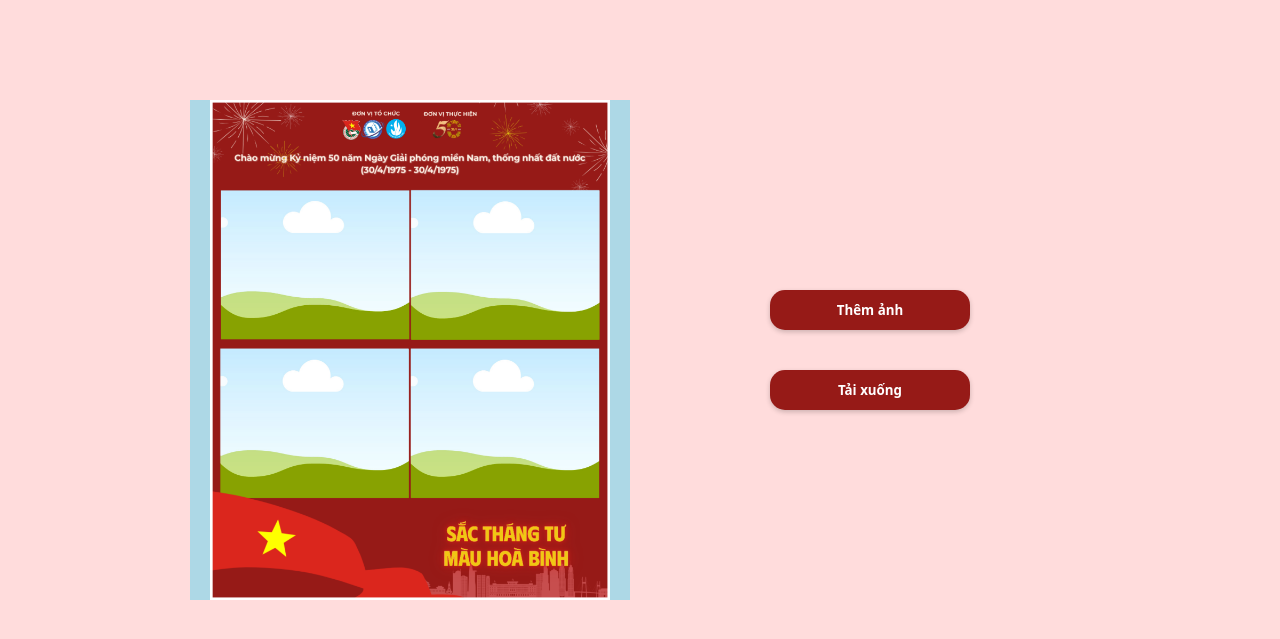
Repository: nguyentambinh/tuoitretdmu
Page: http://localhost/
These files come from the project's save history. The page is drawn as it stood at one moment and after the next save; the edit follows.
The browser window is 1280 px wide. The pictures show the whole page.
The page is run by PHP 8.4 with error messages shown; the project is at /var/www/html/.

Above is the page before, as saved 2025-04-10 13:35:07.

### index.php
<!DOCTYPE html>
<html lang="en">
<head>
    <meta charset="UTF-8">
    <meta name="viewport" content="width=device-width, initial-scale=1.0">
    <link rel="stylesheet" href="main.css">
    <script src="main.js"></script>
    <title></title>
</head>
<body>
    <div class = "container-box">
        <div class="background-box">
            <img src="" alt="" class="img-sub">
            <img src="" alt="" class="img-sub">
            <img src="" alt="" class="img-sub">
            <img src="" alt="" class="img-sub"><img src="" alt="" class="img-sub">
        </div>
        <div class="control-box">
            <button class="input-group mb-[10px] btn-custom btn-add-picture">Thêm ảnh</button>
            <button class="btn-custom btn-dowload-picture">Tải xuống</button>
        </div>
    </div>

</body>
</html>

### main.css
body {
    background-color: #ffdcdc;
    margin: 0;
    padding: 0;
    display: flex;
    justify-content: center;
    margin-top: 100px;
}

.container-box {
    display: grid;
    grid-template-columns: 1fr 1fr;
    gap: 20px;
    width: 900px;
    max-width: 100%;
}

@media screen and (max-width: 720px) {
    .container-box {
        grid-template-columns: 1fr;
        grid-template-rows: auto auto;
        width: 100%;
        padding: 0 10px;
    }

    .control-box {
        align-items: center;
    }
    .btn-custom{

    }
}

.background-box {
    display: flex;
    justify-content: center;
    align-items: center;
    background-position: center;
    background-image: url('./picture/FRAMEPHOTOBOOTH304.png');
    background-size: contain;
    background-repeat: no-repeat;
    background-color: lightblue;
    width: 100%;
    height: 500px;
}

.control-box {
    display: flex;
    flex-direction: column;
    align-items: center;
    justify-content: center;
}

.btn-custom {
    background-color: #961A17;
    border-radius: 15px;
    font-weight: bold;
    font-family: system-ui;
    width: 200px;
    height: 40px;
    color: white;
    margin: 20px 0;
    border: none;
    box-shadow: 0 2px 5px rgba(0,0,0,0.2);
    cursor: pointer;
}

Loaded but not shown: main.js (no copy from this time; the picture is the same without it)

After the next save:
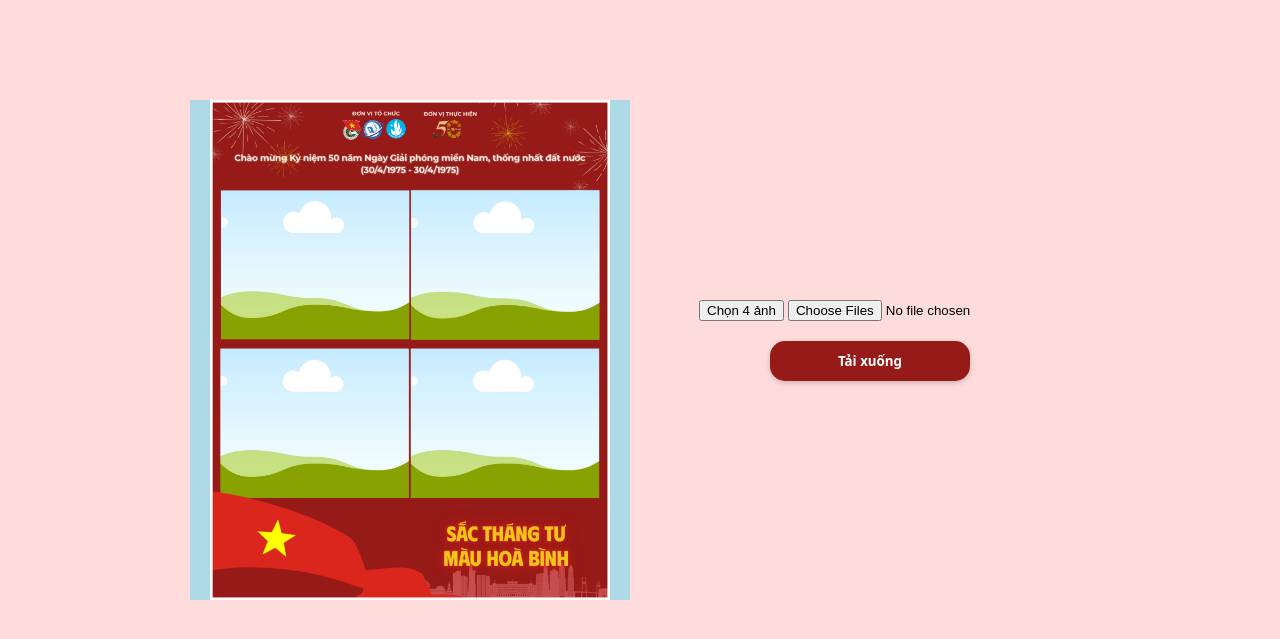
Saved 71 s later.
--- a/index.php
+++ b/index.php
@@ -16,7 +16,12 @@
             <img src="" alt="" class="img-sub"><img src="" alt="" class="img-sub">
         </div>
         <div class="control-box">
-            <button class="input-group mb-[10px] btn-custom btn-add-picture">Thêm ảnh</button>
+        <div class="input-group mb-[10px]">
+  <button id="btn-add-picture" class="text-white font-bold custom-cursor-on-hover">
+    Chọn 4 ảnh
+  </button>
+  <input type="file" id="image-choose" name="avatar" accept="image/*" class="hidden" multiple>
+</div>
             <button class="btn-custom btn-dowload-picture">Tải xuống</button>
         </div>
     </div>
